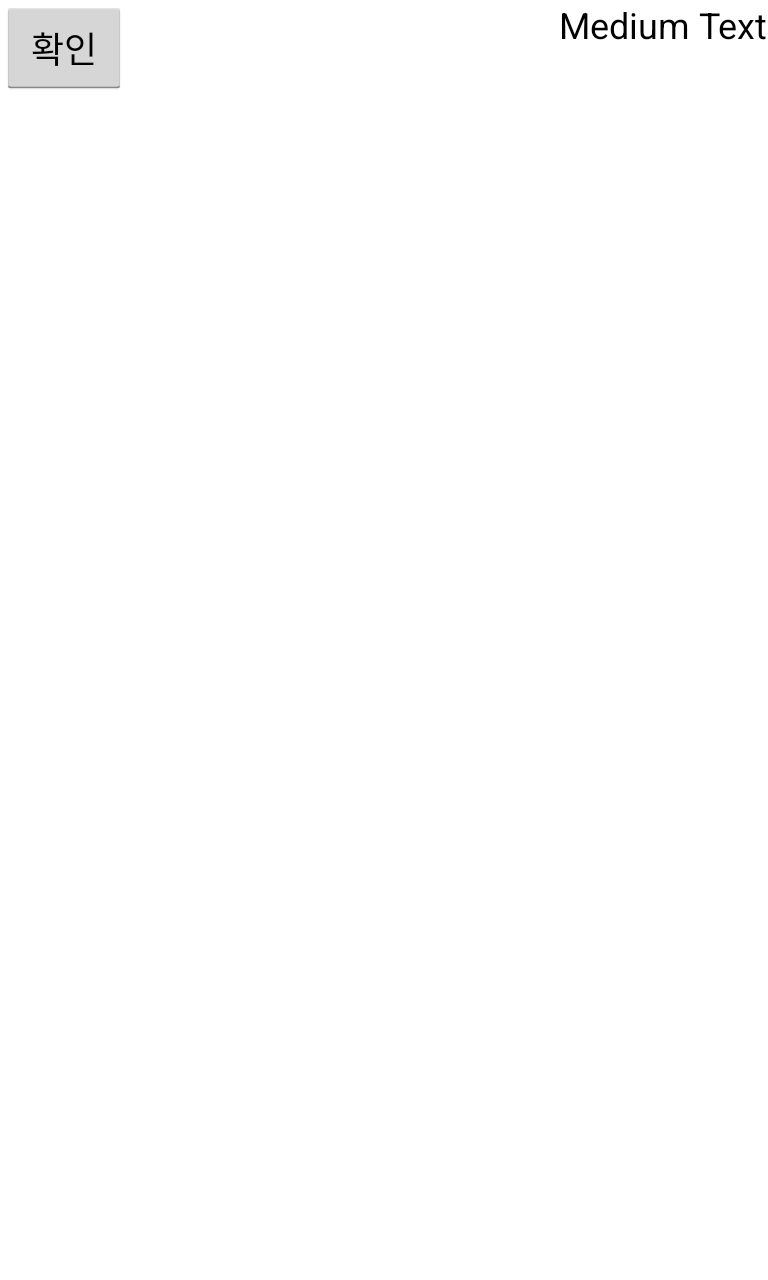
Repository: pajamasi726/AndroidExample
Layout: AndroidExample/ArrayListTransferActivity/res/layout/custom_item.xml
These files come from the project's save history. The layout is drawn as it stood at one moment and after the next save; the edit follows.
It is drawn on a 768 x 1280 px phone screen (xhdpi) without system bars, with theme AppTheme; the app's code is not run.

Above is the layout before, as saved 2016-02-12 05:54:28.

### AndroidExample/ArrayListTransferActivity/res/layout/custom_item.xml
<?xml version="1.0" encoding="utf-8"?>
<RelativeLayout xmlns:android="http://schemas.android.com/apk/res/android"
    android:layout_width="match_parent"
    android:layout_height="match_parent"
    android:id="@+id/itemView" >

    <Button
        android:id="@+id/item_btn"
        android:layout_width="wrap_content"
        android:layout_height="wrap_content"
        android:layout_alignParentLeft="true"
        android:layout_alignParentTop="true"
        android:text="확인" />

    <TextView
        android:id="@+id/item_tv"
        android:layout_width="wrap_content"
        android:layout_height="wrap_content"
        android:layout_alignParentRight="true"
        android:layout_alignParentTop="true"
        android:text="Medium Text"
        android:textAppearance="?android:attr/textAppearanceMedium" />

</RelativeLayout>

Loaded but not shown: AndroidExample/ArrayListTransferActivity/res/values/styles.xml (common file); AndroidExample/ArrayListTransferActivity/res/values-v11/styles.xml (common file); AndroidExample/ArrayListTransferActivity/res/values-v14/styles.xml (common file)

After the next save:
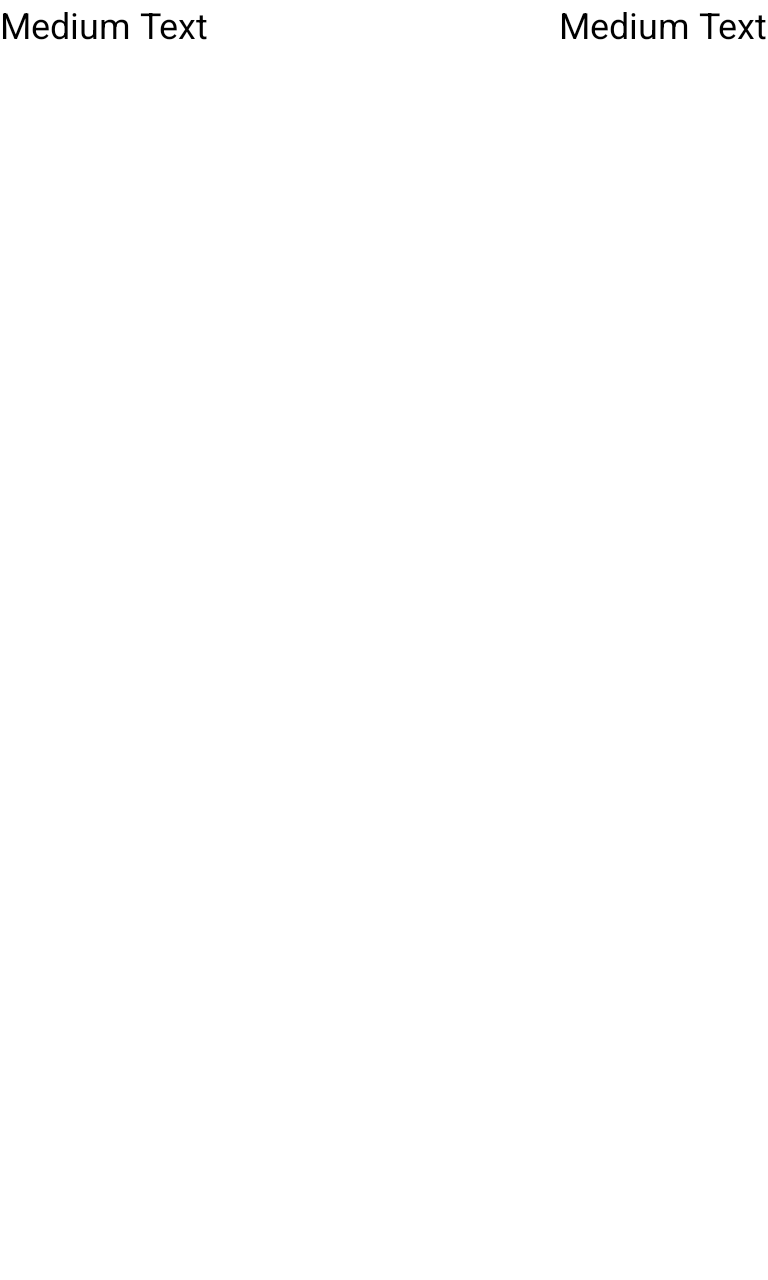
Saved 70 s later.
--- a/AndroidExample/ArrayListTransferActivity/res/layout/custom_item.xml
+++ b/AndroidExample/ArrayListTransferActivity/res/layout/custom_item.xml
@@ -4,16 +4,8 @@
     android:layout_height="match_parent"
     android:id="@+id/itemView" >
 
-    <Button
-        android:id="@+id/item_btn"
-        android:layout_width="wrap_content"
-        android:layout_height="wrap_content"
-        android:layout_alignParentLeft="true"
-        android:layout_alignParentTop="true"
-        android:text="확인" />
-
     <TextView
-        android:id="@+id/item_tv"
+        android:id="@+id/rightTv"
         android:layout_width="wrap_content"
         android:layout_height="wrap_content"
         android:layout_alignParentRight="true"
@@ -21,4 +13,13 @@
         android:text="Medium Text"
         android:textAppearance="?android:attr/textAppearanceMedium" />
 
+    <TextView
+        android:id="@+id/leftTv"
+        android:layout_width="wrap_content"
+        android:layout_height="wrap_content"
+        android:layout_alignParentLeft="true"
+        android:layout_alignParentTop="true"
+        android:text="Medium Text"
+        android:textAppearance="?android:attr/textAppearanceMedium" />
+
 </RelativeLayout>
